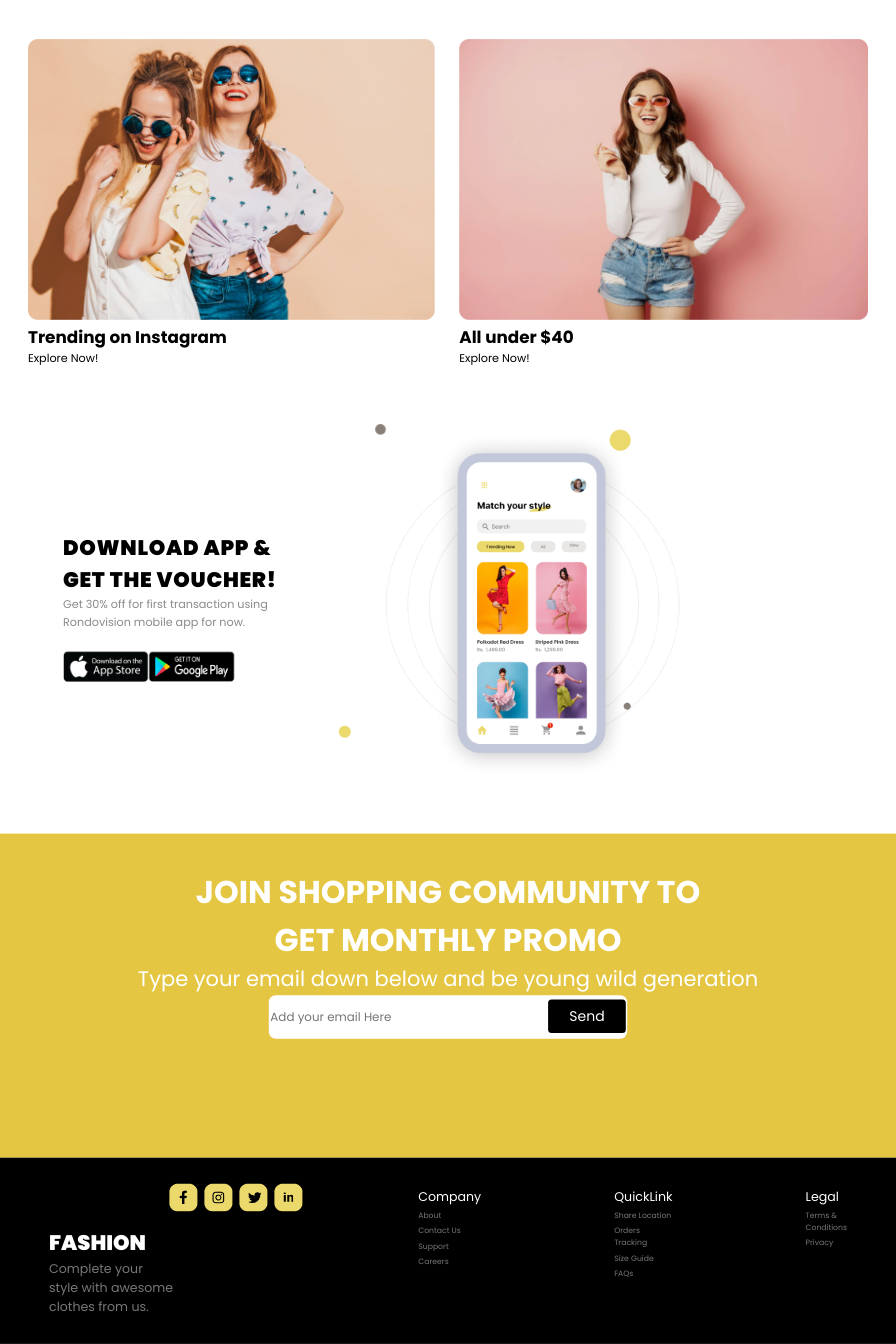
Repository: isaacCodes1/FashionWebsite
Page: index.html
These files come from the project's save history. The page is drawn as it stood at one moment and after the next save; the edit follows.
The browser window is 1280 px wide. The pictures show the part of the page from y = 2377 to 4297 px (the page is 4297 px tall), at 70% of full size.

Above is the page before, as saved 2024-03-14 10:52:00.

### index.html
<!DOCTYPE html>
<html lang="en">
  <head>
    <meta charset="UTF-8" />
    <meta name="viewport" content="width=device-width, initial-scale=1.0" />
    <title>Shopping Site Assignment</title>
    <link rel="stylesheet" href="style.css" />
  </head>
  <body>
    <header>
      <nav>
        <!--------- NavItems ------->
        <div class="image">
          <a href="#"><img src="/Assets/Vector (3).png" />FASHION</a>
        </div>
        <div class="navItems">
          <ul>
            <li><a href="#">CATALOGUE</a></li>
            <li><a href="#">FASHION</a></li>
            <li><a href="#">FAVORITE</a></li>
            <li><a href="#">LIFESTYLE</a></li>
          </ul>
          <button>SIGN UP</button>
        </div>
      </nav>
    </header>
    <main>
      <!------- FirstPage ------>
      <section class="firstPageCont">
        <div class="FirstPage">
          <div class="txtCont">
            <h1>
              <span class="spn1">LET'S <br /></span>EXPLORE <br />
              <span class="spn2">UNIQUE <br /></span>CLOTHES.
            </h1>
            <p>Live for Influential and Innovative fashion!</p>
            <div class="txtBtn">
              <img src="/Assets/Vector 9.png" alt="" />
              <button class="btns">Shop Now</button>
            </div>
          </div>
          <div class="imgCont">
            <div class="star1"><img src="/Assets/Star 11.png" alt="" /></div>
            <div class="star2"><img src="/Assets/Star 11.png" alt="" /></div>
            <div class="star3"><img src="/Assets/Star 11.png" alt="" /></div>
            <div class="star4"><img src="/Assets/Star 11.png" alt="" /></div>
            <img src="/Assets/girl.png" alt="" />
          </div>
        </div>
      </section>
      <!------ Logos ------->
      <section class="firstPageFooter">
        <div class="logoCont">
          <img src="/Assets/HM.png" alt="" />
          <img src="/Assets/Obey.png" alt="" />
          <img src="/Assets/Shopify.png" alt="" />
          <img src="/Assets/Lacoste.png" alt="" />
          <img src="/Assets/Levis.png" alt="" />
          <img src="/Assets/Amazon.png" alt="" />
        </div>
      </section>
      <section class="nextPageCont">
        <div class="nextPageText">
          <h1>NEW ARRIVALS</h1>
          <img src="/Assets/Vector 9.png" alt="" />
        </div>
        <div class="prettyImages">
          <div class="Images">
            <div class="prettyImg">
              <img src="/Assets/image1.png" alt="" />
            </div>
            <div class="prettyText">
              <div class="txtIcon">
                <h1>Hoodies & Sweatshirt</h1>
                <p>Explore Now!</p>
              </div>
              <div class="icons"></div>
            </div>
          </div>
          <div class="Images">
            <div class="prettyImg">
              <img src="/Assets/image2.png" alt="" />
            </div>
            <div class="prettyText">
              <div class="txtIcon">
                <h1>Coats & Parkas</h1>
                <p>Explore Now!</p>
              </div>
              <div class="icons"></div>
            </div>
          </div>
          <div class="Images">
            <div class="prettyImg">
              <img src="/Assets/image3.png" alt="" />
            </div>
            <div class="prettyText">
              <div class="txtIcon">
                <h1>Tees & T-Shirt</h1>
                <p>Explore Now!</p>
              </div>
              <div class="icons"></div>
            </div>
          </div>
        </div>
      </section>
      <section class="payDay">
        <div class="genDiv">
          <div class="yellowImg">
            <img src="/Assets/image 12.png" alt="" />
          </div>
          <div class="yellowTxt">
            <h1><span class="spn3">PAYDAY</span>SALE NOW</h1>
            <p>
              Spend minimal $100 get 30% off <br />voucher code for your next
              purchase
            </p>
            <p><strong>1 June -10 June 2021</strong></p>
            <p class="para">*Terms &Conditions apply</p>
            <button class="btn">SHOP NOW</button>
          </div>
        </div>
      </section>
      <!--------   Images   ------->
      <section class="nextPageCont">
        <div class="nextPageText">
          <h1>Young's Favorite.</h1>
          <img class="vector" src="/Assets/Vector 9.png" alt="" />
        </div>
        <div class="prettyImages">
          <div class="Images">
            <div class="prettyImg">
              <img src="/Assets/Girls.png" alt="" />
            </div>
            <div class="prettyText">
              <div class="txtIcon">
                <h1>Trending on Instagram</h1>
                <p>Explore Now!</p>
              </div>
              <div class="icons"></div>
            </div>
          </div>

          <div class="Images">
            <div class="prettyImg">
              <img src="/Assets/Rectangle 49.png" alt="" />
            </div>
            <div class="prettyText">
              <div class="txtIcon">
                <h1>All under $40</h1>
                <p>Explore Now!</p>
              </div>
              <div class="icons"></div>
            </div>
          </div>
        </div>
      </section>
      <!---- Apps----->
      <section class="nextPageCont2">
        <div class="nextPageText2">
          <h1>DOWNLOAD APP & <br />GET THE VOUCHER!</h1>
          <p>
            Get 30% off for first transaction using <br />Rondovision mobile app
            for now.
          </p>
          <div class="store">
            <img src="/Assets/Apple Store.png" alt="" />
            <img src="/Assets/Google Play.png" alt="" />
          </div>
        </div>
        <div class="Images2">
          <div class="prettyImg2">
            <img src="/Assets/Mobile app.png" alt="" />
            <div class="circle1"><img src="/Assets/circle.png" alt="" /></div>
            <div class="circley"><img src="/Assets/circle y.png" alt="" /></div>
            <div class="circleye">
              <img src="/Assets/circle y.png" alt="" />
            </div>
            <div class="circle2"><img src="/Assets/circle.png" alt="" /></div>
            <div class="bigC"><img src="/Assets/back1.png" alt="" /></div>
            <div class="largeC">
              <img src="/Assets/lagrescircle.png" alt="" />
            </div>
            <div class="largeC1">
              <img src="/Assets/lagrescircle.png" alt="" />
            </div>
          </div>
        </div>
        <div class="icons"></div>
      </section>
      <!------ Footer ------>
      <section class="footer">
        <div class="footerDiv">
          <div class="h1footer">
            <h1>
              JOIN SHOPPING COMMUNITY TO <br />
              GET MONTHLY PROMO
            </h1>
          </div>
          <div class="pFooter">
            <p>Type your email down below and be young wild generation</p>
            <div class="input">
              <input
                class="input"
                type="text"
                placeholder="Add your email Here"
              />
              <!-- <input class="inputbtn" type="button" value="SEND" /> -->
              <a href="#">Send</a>
            </div>
          </div>
        </div>
      </section>
      <section class="foot">
        <div class="footDiv">
          <div class="footTxt">
            <h1>FASHION</h1>
            <p>
              Complete your style with awesome <br />
              clothes from us.
            </p>
          </div>

          <div class="socialIcons">
            <div class="icon">
              <img src="/Assets/Facebook.png" alt="" />
            </div>
            <div class="icon">
              <img src="/Assets/Instagram.png" alt="" />
            </div>
            <div class="icon">
              <img src="/Assets/Twitter.png" alt="" />
            </div>
            <div class="icon">
              <img src="/Assets/Linkedn.png" alt="" />
            </div>
            <div class="links">
              <div class="links1">Company</div>
              <div class="links2">About</div>
              <div class="links2">Contact Us</div>
              <div class="links2">Support</div>
              <div class="links2">Careers</div>
            </div>
            <div class="links">
              <div class="links1">QuickLink</div>
              <div class="links2">Share Location</div>
              <div class="links2">Orders Tracking</div>
              <div class="links2">Size Guide</div>
              <div class="links2">FAQs</div>
            </div>
            <div class="links">
              <div class="links1">Legal</div>
              <div class="links2">Terms & Conditions</div>
              <div class="links2">Privacy</div>
            </div>
          </div>
        </div>
      </section>
    </main>
  </body>
</html>

### style.css
@import url("https://fonts.googleapis.com/css2?family=Poppins:ital,wght@0,100;0,200;0,300;0,400;0,500;0,600;0,700;0,800;0,900;1,100;1,200;1,300;1,400;1,500;1,600;1,700;1,800;1,900&display=swap");
* {
  margin: 0;
  padding: 0;
  box-sizing: border-box;
  font-family: "Poppins", sans-serif;
}
nav {
  display: flex;
  align-items: center;
  justify-content: space-between;
  width: 100%;
  padding: 20px 40px;
}
.image a {
  display: flex;
  align-items: center;
  gap: 6px;
  text-decoration: none;
  color: #000;
  font-size: 16px;
  font-weight: 900;
}
.image a img {
  width: 16%;
}
.navItems {
  display: flex;
  gap: 30px;
  align-items: center;
}
.navItems ul {
  display: flex;
  gap: 30px;
  list-style: none;
}
.navItems ul li a {
  text-decoration: none;
  color: #000;
  font-size: 16px;
  font-weight: 500;
}
.navItems ul li:hover {
  transform: scale(1.05);
  transition: 1s ease-in-out;
}
.navItems button {
  border: 0;
  background: #000;
  padding: 10px 20px;
  color: #fff;
  border-radius: 5px;
  font-size: 13px;
}
.navItems button:hover {
  transform: scale(1.05);
  transition: 1s ease-in-out;
  color: #000;
  background: rgb(137, 136, 136);
}
/* firstPageCtn */
.firstPageCont {
  padding: 20px 40px;
}
.FirstPage {
  display: flex;
  flex: 1;
  width: 100%;
  height: 90vh;
  padding: 40px 10px 0px 10px;
  border-radius: 30px;
  background: #f4f6f5;
}
.txtCont {
  display: flex;
  flex: 0.5;
  flex-direction: column;
  gap: 10px;
  padding-left: 40px;
}

.txtCont h1 {
  font-size: 64px;
  font-weight: 900;
  width: 50%;
  line-height: 75px;
}

.txtCont p {
  font-size: 20px;
}
.txtBtn {
  display: flex;
  align-items: center;
  width: 80%;
  margin-top: 10px;
  gap: 10px;
}
.btns {
  border: 0;
  background: #000;
  padding: 10px 20px;
  color: #fff;
  border-radius: 5px;
  font-size: 13px;
}
.btns:hover {
  transform: scale(1.05);
  transition: 1s ease-in-out;
  color: #000;
  background: rgb(137, 136, 136);
}
.txtBtn img {
  width: 100px;
}
.imgCont {
  flex: 0.5;
  display: flex;
  position: relative;
}
.star1 {
  position: absolute;
  top: 5px;
  left: 10px;
}
.star1 img {
  width: 30px;
}
.star2 {
  position: absolute;
  top: 20px;
  left: 450px;
}
.star2 img {
  width: 30px;
}
.star3 {
  position: absolute;
  bottom: 10px;
  left: 70px;
}
.star3 img {
  width: 30px;
}
.star4 {
  position: absolute;
  bottom: 20px;
  left: 400px;
}
.star4 img {
  width: 30px;
}
.spn1 {
  display: flex;
  align-items: center;
  background-image: url(/Assets/rectangle1.png);
  background-size: cover;
  background-repeat: no-repeat;
  width: 100%;
  padding-left: 20px;
}
.spn2 {
  background-image: url(/Assets/Rectangle2.png);
  background-size: cover;
  background-repeat: no-repeat;
  padding-right: 50px;
  padding-left: 20px;
}
/* next Page */
.firstPageFooter {
  background: #ebd96b;
  padding: 20px 30px;
  display: flex;
  align-items: center;
  justify-content: center;
}
.logoCont {
  display: flex;
  justify-content: center;
  gap: 50px;
}
.logoCont img {
  width: 7%;
}
.nextPageCont {
  margin-top: 20px;
  padding: 20px 40px;
  display: flex;
  flex-direction: column;
  gap: 55px;
  margin-bottom: 50px;
}
.nextPageText {
  position: relative;
}
.nextPageText h1 {
  font-size: 38px;
  letter-spacing: 1px;
  font-weight: 900;
}
.nextPageText img {
  position: absolute;
  bottom: 5px;
  left: 200px;
  width: 10%;
  z-index: -1;
}
.prettyImages {
  display: flex;
  gap: 35px;
}

.prettyImg img {
  width: 100%;
}
.payDay {
  background: linear-gradient(
    1.32deg,
    #e0c340 0.13%,
    #dfc23e 3.97%,
    #e1c441 7.2%,
    #e3c743 10.13%,
    #e4c542 12.98%,
    #e6c744 15.99%,
    #e7c845 19.52%,
    #e5c643 23.96%,
    #e6c945 30.43%,
    #e3c743 36.49%,
    #e9ca48 42.49%,
    #edce49 49.35%,
    #f0d44c 55.42%,
    #f4d84f 61.43%,
    #f6da52 65.74%,
    #f7db53 72.23%,
    #f9dd55 77.43%,
    #f9df56 83.84%,
    #fae157 91.52%,
    #f9df56 97.87%
  );
}
.yellowTxt {
  flex-direction: column;
  margin-bottom: 10px;
}
.yellowTxt h1 {
  font-size: 65px;
  font-weight: 900;
}
.yellowTxt p {
  font-size: 22px;
  font-weight: 500;
}

.yellowImg img {
  flex: 0.5;
  display: flex;
  width: 600px;
  position: relative;
}

.genDiv {
  display: flex;
  align-items: center;
}
.btn {
  border: 0;
  background: #000;
  padding: 15px 25px;
  color: #fff;
  border-radius: 5px;
  font-size: 18px;
  font-weight: 500;
}
.btn:hover {
  transform: scale(1.05);
  transition: 1s ease-in-out;
  color: #000;
  background: rgb(137, 136, 136);
}
.spn3 {
  display: flex;
  background-image: url(/Assets/rectangle1.png);
  background-size: cover;
  background-repeat: no-repeat;
  width: 300px;
}
.nxtSect {
  margin-top: 20px;
  padding: 20px 40px;
  display: flex;
  flex-direction: column;
  gap: 50px;
  margin-bottom: 50px;
}
.nxtSectText {
  position: relative;
}
.nxtSectText h1 {
  font-size: 38px;
  letter-spacing: 1px;
  font-weight: 900;
}
.nxtSectText img {
  position: absolute;
  bottom: 6px;
  left: 250px;
  width: 10%;
  z-index: -1;
}
.assetText {
  display: flex;
  flex-direction: column;
}

/* storeSection */
.nextPageCont1 {
  margin-top: 20px;
  padding: 20px 40px;
  display: flex;
  flex-direction: column;
  gap: 50px;
  margin-bottom: 50px;
}
.nextPageText1 {
  position: relative;
  margin-left: 70px;
}
.nextPageText1 h1 {
  font-size: 38px;
  letter-spacing: 1px;
  font-weight: 900;
}
.prettyImages1 {
  display: flex;
  gap: 35px;
}
.prettyImg1 img {
  width: 40%;
  cursor: pointer;
}
.Images2 {
  display: flex;
}
.prettyImg2 {
  position: relative;
}
.prettyImg2 img {
  width: 70;
  height: 500px;
  margin-left: 70px;
}
.nextPageCont2 {
  margin-top: 20px;
  padding: 20px 40px;
  display: flex;
  gap: 50px;
  margin-bottom: 50px;
  align-items: center;
}
.nextPageText2 {
  display: flex;
  flex-direction: column;
  margin-left: 50px;
}
.nextPageText2 p {
  margin-bottom: 30px;
  color: #898a89;
}
.nextPageText2 h1 {
  font-size: 30px;
  letter-spacing: 1px;
  font-weight: 900;
}
.nextPageText2 img {
  width: 30%;
  cursor: pointer;
  display: flex;
}
.store {
  display: flex;
}
.circle1 {
  position: absolute;
  right: 350px;
  bottom: 500px;
}
.circle1 img {
  width: 15px;
  height: 15px;
  display: flex;
}
.circley {
  position: absolute;
  right: 0;
  bottom: 470px;
}
.circley img {
  width: 30px;
  height: 30px;
}
.circleye {
  position: absolute;
  right: 400px;
  bottom: 60px;
}
.circleye img {
  width: 17px;
  height: 17px;
}
.circle2 {
  position: absolute;
  right: 0;
  bottom: 100px;
}
.circle2 img {
  width: 10px;
  height: 10px;
}
.elipses {
  position: absolute;
}
.bigC {
  position: absolute;
  right: -12px;
  bottom: 100px;
  z-index: -1;
}
.bigC img {
  width: 300px;
  height: 300px;
  background: transparent;
}

.largeC {
  position: absolute;
  right: -41px;
  bottom: 70px;
  z-index: -1;
}
.largeC img {
  width: 360px;
  height: 360px;
  /* background: transparent; */
}
.largeC1 {
  position: absolute;
  right: -70px;
  bottom: 50px;
  z-index: -1;
}
.largeC1 img {
  width: 420px;
  height: 400px;
}
.footerDiv {
  background: #e5c643;
  padding-bottom: 170px;
}
.h1footer {
  color: #fff;
  text-align: center;
  padding-top: 50px;
  font-size: 30px;
  font-weight: 1000;
}
.pFooter {
  display: flex;
  flex-direction: column;
  justify-content: center;
  align-items: center;
  text-align: center;
  color: #fff;
  font-size: 30px;
}
/* .input {
  border: 1px;
  padding: 13px 170px 13px 9px;
  border-radius: 4px;
  outline: none;
  position: relative;
  margin-bottom: 3px;
}
.inputbtn {
  background: #000;
  color: #fff;
} */
.input {
  background: #fff;
  width: 40%;
  padding: 5px 0px;
  border-radius: 10px;
}
.input input {
  background: none;
  border: 0;
  padding: 13px 0px 13px 0px;
  width: 76%;
  font-size: 17px;
  outline: 0;
}
.input a {
  font-size: 20px;
  text-decoration: 0;
  color: #fff;
  background: #000;
  padding: 10px 30px;

  border-radius: 5px;
}
.footDiv {
  display: flex;
  background: #000;
  padding-right: 50px;
  padding-left: 70px;
  place-items: center;
}
.footTxt h1 {
  padding-top: 100px;
}
.footTxt p {
  padding-bottom: 40px;
}
.footTxt h1 {
  color: #fff;
  font-size: 30px;
  font-weight: 900;
}
.footTxt p {
  color: #777;
  font-size: 18px;
}
.socialIcons {
  display: flex;
  gap: 20px;
}

.icon {
  background: #ebd96b;
  width: 30px;
  display: flex;
  align-items: center;
  justify-content: center;
  height: 30px;
  border-radius: 8px;
}
.icon img {
  display: flex;
  align-items: center;
  width: 40px;
  place-items: center;
}
.links {
  margin-left: 150px;
  padding-right: 20px;
  margin-bottom: 50px;
}
.links1 {
  display: flex;
  flex-direction: column;
  color: #fff;
  font-size: 18px;
  margin-top: 0px;
}
.links2 {
  color: #777;
  font-size: 11px;
  padding-top: 5px;
}

After the next save:
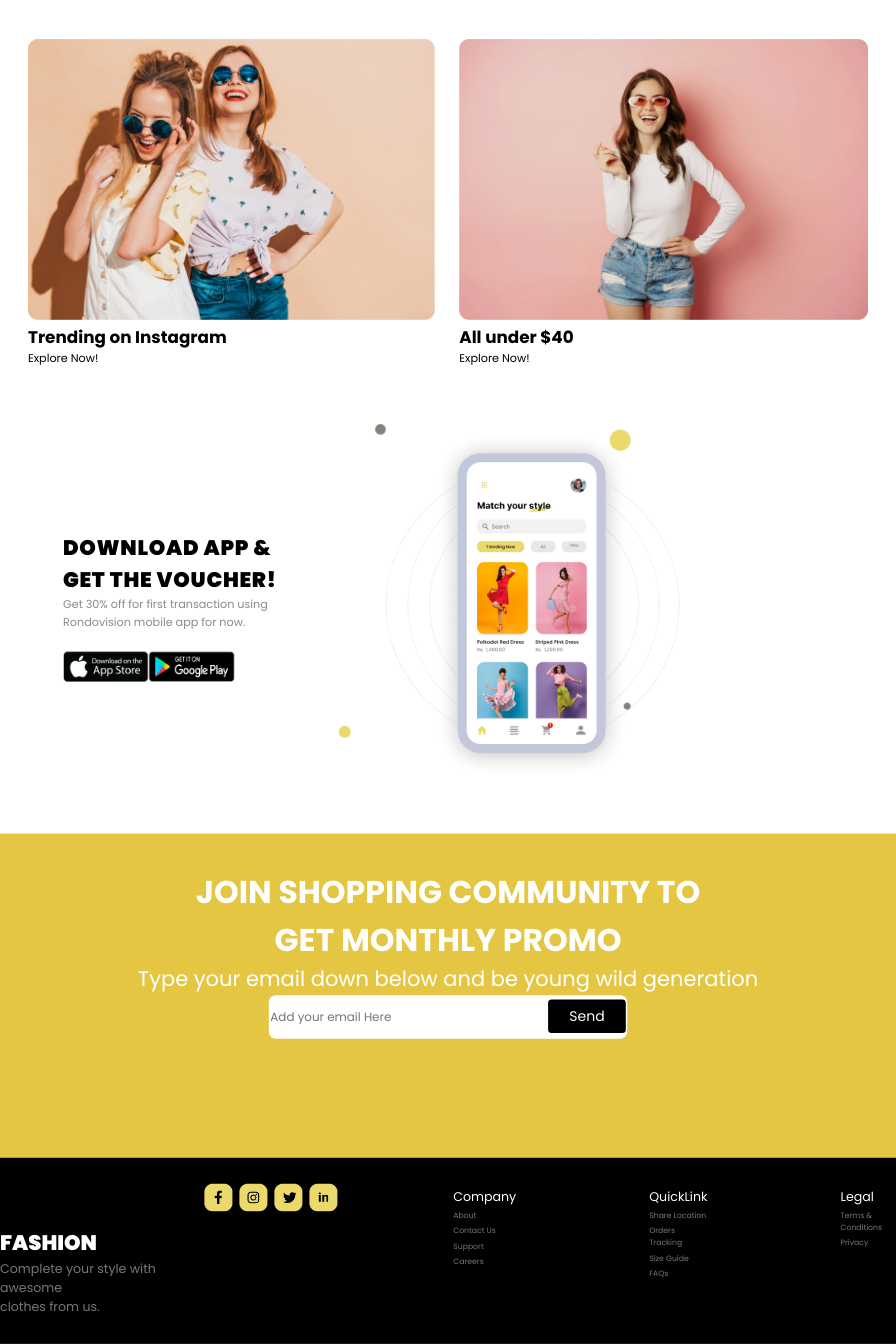
Saved 7 s later.
--- a/style.css
+++ b/style.css
@@ -510,8 +510,8 @@
 .footDiv {
   display: flex;
   background: #000;
-  padding-right: 50px;
-  padding-left: 70px;
+  /* padding-right: 50px;
+  padding-left: 70px; */
   place-items: center;
 }
 .footTxt h1 {
